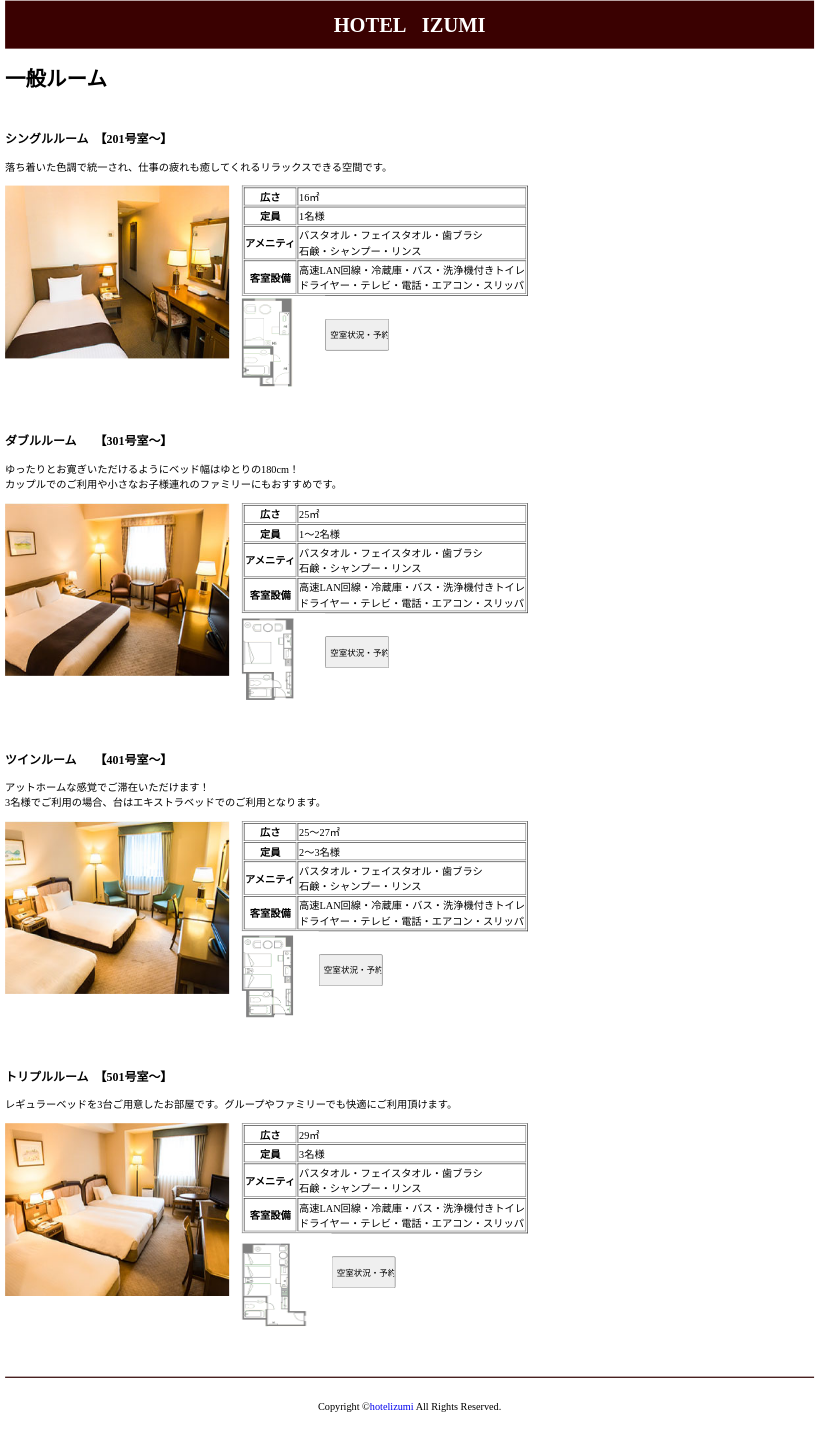
Repository: sep-dev/hotel_site
Page: http://localhost/HOTEL_IZUMI/general
The author's editor kept a copy of each file at every save. The page is drawn from the files as they stood at one save, then again after the next save.
The browser window is 1280 px wide. The pictures show the whole page, at 64% of full size.
The page is served by Tomcat 9.

Above is the page before, as saved 2016-05-25 05:53:37.

After the next save:
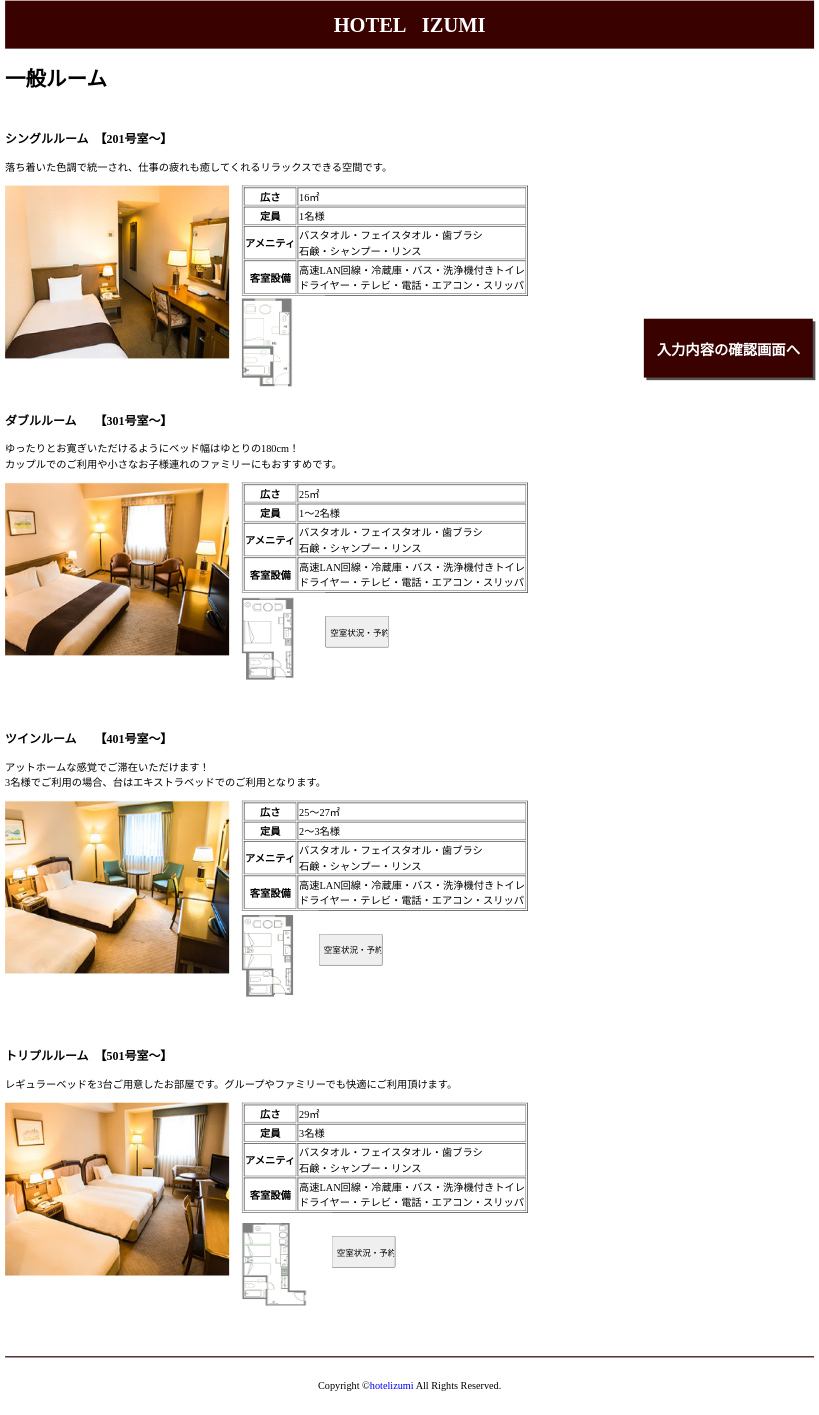
Saved 13 min 21 s later.
--- a/HOTEL_IZUMI/src/main/webapp/WEB-INF/views/general.jsp
+++ b/HOTEL_IZUMI/src/main/webapp/WEB-INF/views/general.jsp
@@ -51,7 +51,7 @@
 
       <img src="./resources/picture/ph01_shw1.png" alt="間取り図" width="130" height="146" align="left" ><br><br>
 
-      <input type="submit" value="空室状況・予約" style="width:100px; height:50px" formaction="http://localhost:8080/Izumi/form"><br><br><br><br><br><br><br>
+      <button class="button2" type="submit" style="position: absolute; right: 10px;">入力内容の確認画面へ</button><br><br><br><br><br><br><br>
 
       <h3>ダブルルーム　　【301号室～】</h3>
       ゆったりとお寛ぎいただけるようにベッド幅はゆとりの180cm！<br>カップルでのご利用や小さなお子様連れのファミリーにもおすすめです。<br><br>
